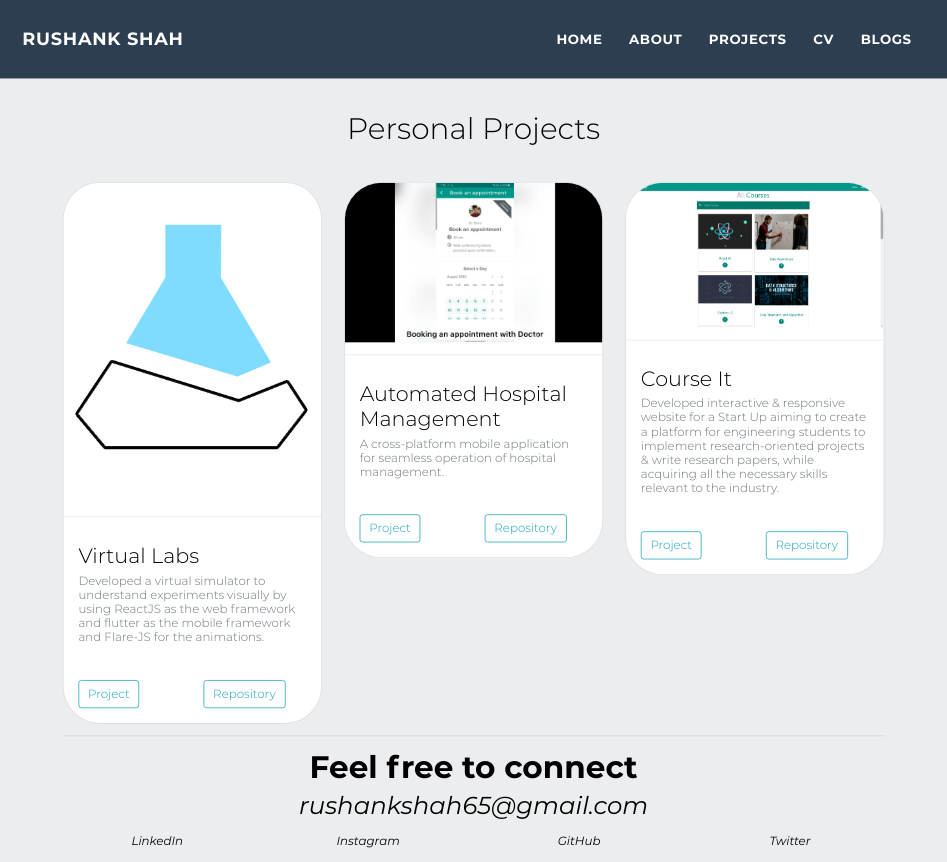
Repository: rushankshah/rushank-shah
Page: /projects
An editor plug-in stored every save of this project. The page is shown before and after the next save, followed by the edit.
The browser window is 1280 px wide. The pictures show the whole page, at 74% of full size.
The project was rebuilt for these pictures with package versions that can differ from the ones it lists, and the page was loaded fresh each time. The framework's server and built-in components were replaced by stand-ins that run in the browser. Also part of the build but not shown: next.config.js.

Above is the page before, as saved 2020-12-03 01:20:34.

After the next save:
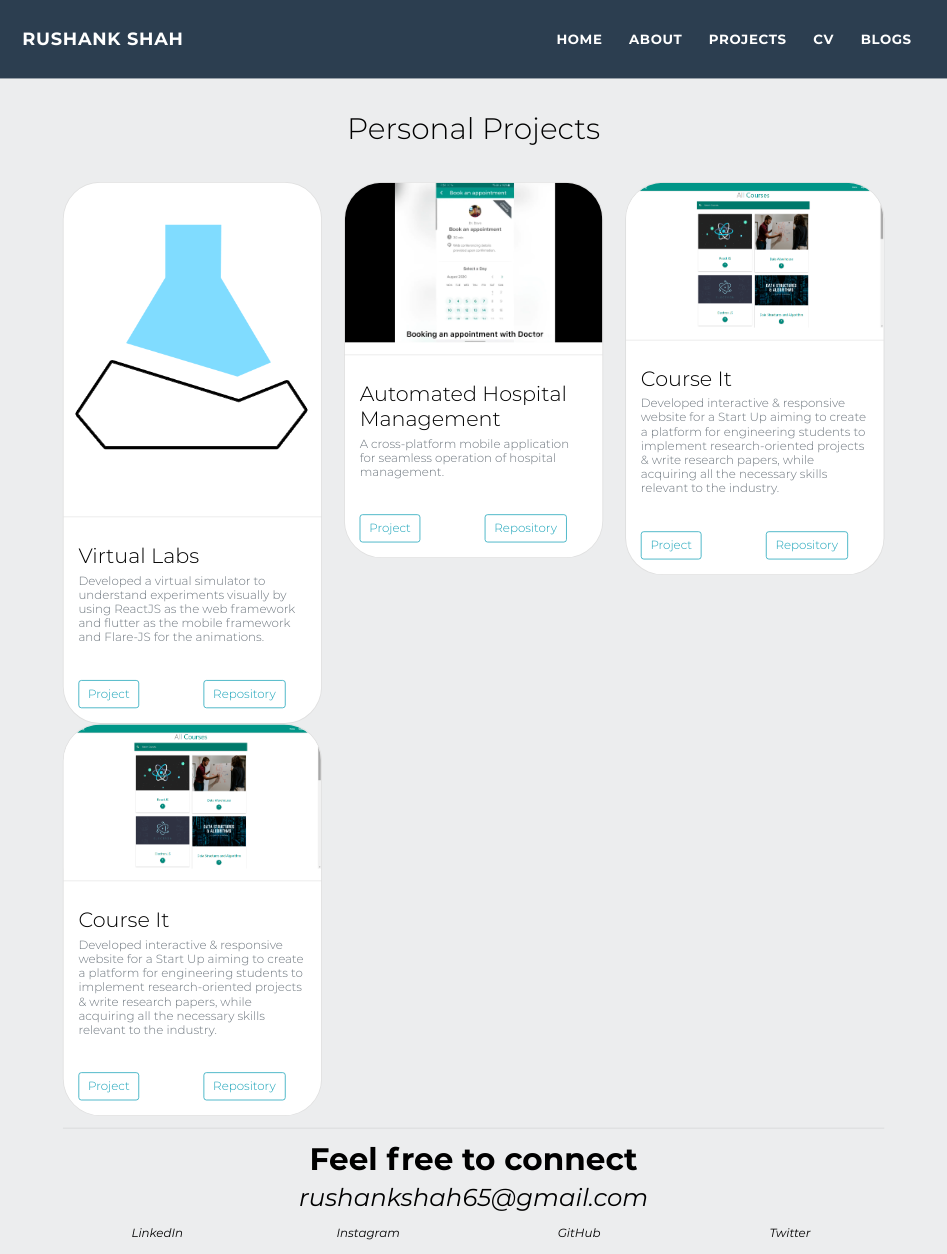
Saved 2 min 20 s later.
--- a/pages/projects.js
+++ b/pages/projects.js
@@ -7,7 +7,7 @@
     return (
         <BaseLayout>
             <BasePage className='projects-page'>
-                <h1 style={{textAlign: 'center', color: 'black'}}>Personal Projects</h1>
+                <h1 style={{ textAlign: 'center', color: 'black' }}>Personal Projects</h1>
                 <Row className='mt-5'>
                     <Col md='4'>
                         <Card className='intro custom-card'>
@@ -31,7 +31,7 @@
                     </Col>
                     <Col md='4'>
                         <Card className='intro custom-card'>
-                            <CardImg top src="/static/images/healthcare.png" style={{borderRadius: '50px 50px 0px 0px'}} alt="Card image cap"></CardImg>
+                            <CardImg top src="/static/images/healthcare.png" style={{ borderRadius: '50px 50px 0px 0px' }} alt="Card image cap"></CardImg>
                             <hr></hr>
                             <CardBody>
                                 <CardTitle tag='h3'>
@@ -51,7 +51,27 @@
                     </Col>
                     <Col md='4'>
                         <Card className='intro custom-card'>
-                            <CardImg top src="/static/images/courseit.png" style={{borderRadius: '50px 50px 0px 0px'}} alt="Card image cap"></CardImg>
+                            <CardImg top src="/static/images/courseit.png" style={{ borderRadius: '50px 50px 0px 0px' }} alt="Card image cap"></CardImg>
+                            <hr></hr>
+                            <CardBody>
+                                <CardTitle tag='h3'>
+                                    Course It
+                                </CardTitle>
+                                <CardSubtitle tag="h6" className="mb-2 text-muted">Developed interactive & responsive website for a Start Up aiming to create a platform for engineering students to implement research-oriented projects & write research papers, while acquiring all the necessary skills relevant to the industry.</CardSubtitle>
+                                <Row className='mt-5'>
+                                    <Col md='6'>
+                                        <a className='btn btn-outline-info' target='_blank' href='https://www.youtube.com/watch?v=DS0so4L6310&feature=youtu.be'>Project</a>
+                                    </Col>
+                                    <Col md='6'>
+                                        <a className='btn btn-outline-info' target='_blank' href='https://github.com/rushankshah/T014_Masterbridge'>Repository</a>
+                                    </Col>
+                                </Row>
+                            </CardBody>
+                        </Card>
+                    </Col>
+                    <Col md='4'>
+                        <Card className='intro custom-card'>
+                            <CardImg top src="/static/images/courseit.png" style={{ borderRadius: '50px 50px 0px 0px' }} alt="Card image cap"></CardImg>
                             <hr></hr>
                             <CardBody>
                                 <CardTitle tag='h3'>
